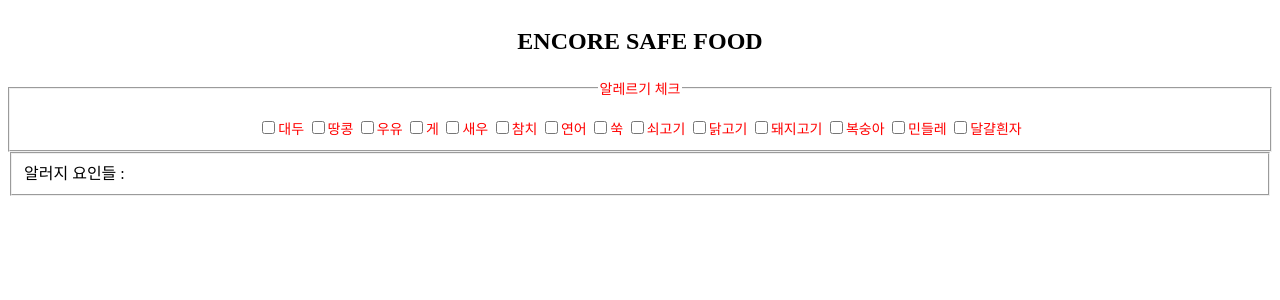
Repository: Migorithm/front_work
Page: front09_VUE/src/main/webapp/03_event/vue05_safeFood(computed).html
The author's editor kept a copy of each file at every save. The page is drawn from the files as they stood at one save, then again after the next save.
The browser window is 1280 px wide. The pictures show the whole page.

Above is the page before, as saved 2021-09-10 02:48:02.

### front09_VUE/src/main/webapp/03_event/vue05_safeFood(computed).html
<!DOCTYPE html>
<html>
<head>
<meta charset="UTF-8">
<title>Insert title here</title>
<script src="https://cdn.jsdelivr.net/npm/vue/dist/vue.js"></script>
<style type="text/css">
	#second>h2{width:800px;height:30px;margin:0 auto; padding:20px;text-align: center;}
	#checkboxArea1 {width:800;height:30px;margin:0 auto; padding:20px; text-align: center; font-size: 14px; }
	#checkboxArea1 {width:800;height:30px;margin:0 auto; padding:20px; text-align: center;  font-size: 14px; color:red;}

</style>

</head>
<body>
	<div id="second">
		<h2>ENCORE SAFE FOOD</h2>
	</div>
	<div id="app">
		<fieldset id="checkboxArea1">
			<legend>알레르기 체크</legend>
			<input type="checkbox" name="box" value="대두" v-model="alergen"><label>대두</label>
			<input type="checkbox" name="box" value="땅콩" v-model="alergen"><label>땅콩</label>
			<input type="checkbox" name="box" value="우유" v-model="alergen"><label>우유</label>
			<input type="checkbox" name="box" value="게" v-model="alergen"><label>게</label>
			<input type="checkbox" name="box" value="새우" v-model="alergen"><label>새우</label>
			<input type="checkbox" name="box" value="참치" v-model="alergen"><label>참치</label>
			<input type="checkbox" name="box" value="연어" v-model="alergen"><label>연어</label>
			<input type="checkbox" name="box" value="쑥" v-model="alergen"><label>쑥</label>
			<input type="checkbox" name="box" value="쇠고기" v-model="alergen"><label>쇠고기</label>
			<input type="checkbox" name="box" value="닭고기" v-model="alergen"><label>닭고기</label>
			<input type="checkbox" name="box" value="돼지고기" v-model="alergen"><label>돼지고기</label>
			<input type="checkbox" name="box" value="복숭아" v-model="alergen"><label>복숭아</label>
			<input type="checkbox" name="box" value="민들레" v-model="alergen"><label>민들레</label>
			<input type="checkbox" name="box" value="달걀흰자" v-model="alergen"><label>달걀흰자</label>
		</fieldset>
		<fieldset id="checkboxArea2"> <!-- 위에서 체크된 부분이 아래에 출력되도록 할 것. -->
			알러지 요인들 :
			<template v-if="alergen.length >=1" v-for="al in alergen">
			<span>{{al}}</span> &nbsp;
			</template>
		</fieldset>
	</div>
	<script>
		var app = new Vue({
			el:"#app",
			data:{alergen:[]}

		})
	</script>
</body>
</html>

After the next save:
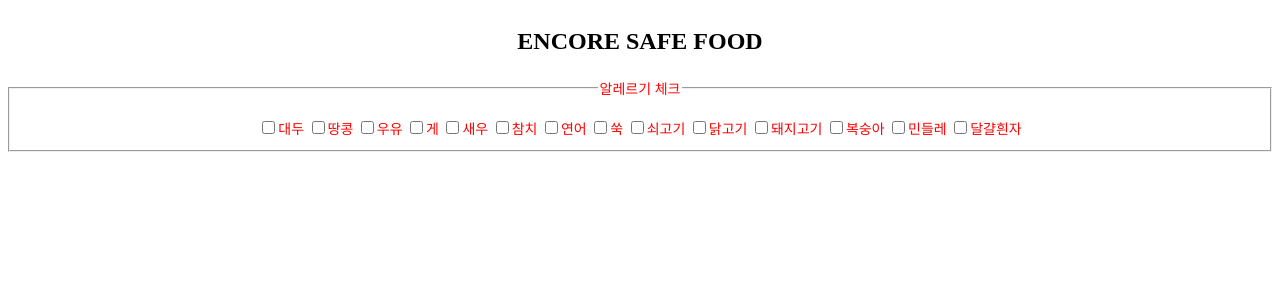
Saved 2 min 35 s later.
--- a/front09_VUE/src/main/webapp/03_event/vue05_safeFood(computed).html
+++ b/front09_VUE/src/main/webapp/03_event/vue05_safeFood(computed).html
@@ -34,12 +34,14 @@
 			<input type="checkbox" name="box" value="민들레" v-model="alergen"><label>민들레</label>
 			<input type="checkbox" name="box" value="달걀흰자" v-model="alergen"><label>달걀흰자</label>
 		</fieldset>
+		<template v-if="alergen.length >=1">
 		<fieldset id="checkboxArea2"> <!-- 위에서 체크된 부분이 아래에 출력되도록 할 것. -->
 			알러지 요인들 :
-			<template v-if="alergen.length >=1" v-for="al in alergen">
+			<v-for="al in alergen">
 			<span>{{al}}</span> &nbsp;
-			</template>
+
 		</fieldset>
+		</template>
 	</div>
 	<script>
 		var app = new Vue({
